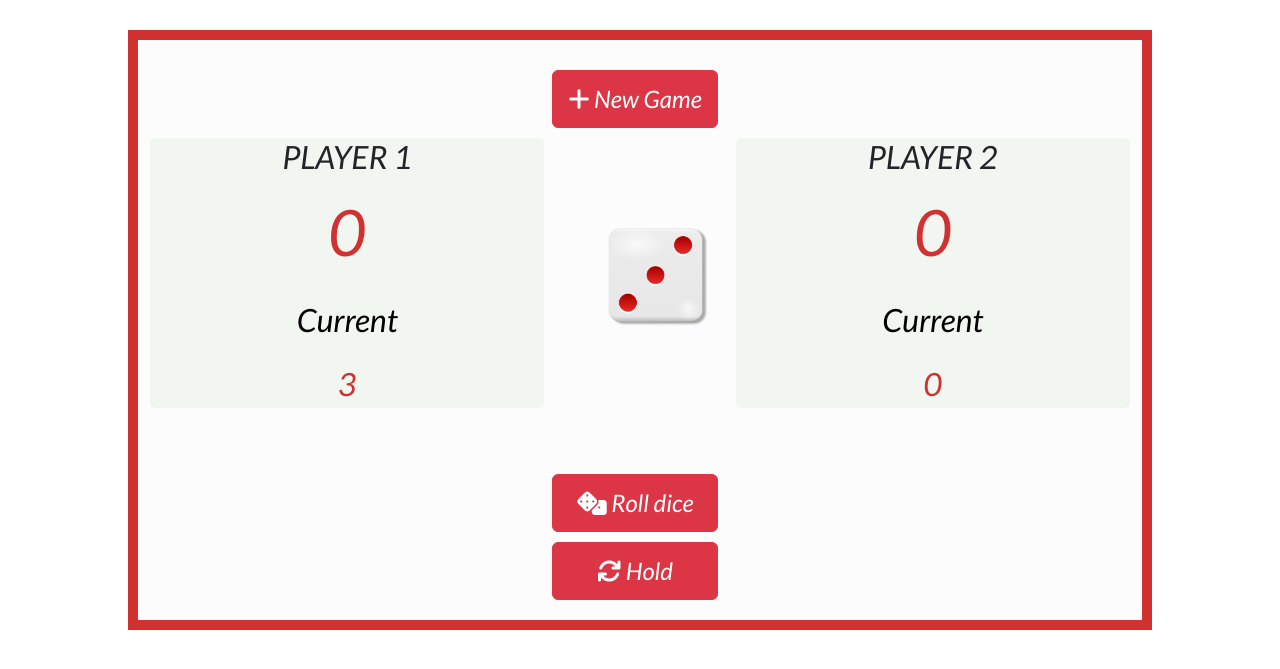
Repository: haifabilel/Eval_JAVASCRIPT
Page: index.html
The author's editor kept a copy of each file at every save. The page is drawn from the files as they stood at one save, then again after the next save.
The browser window is 1280 px wide. The pictures show the whole page.
After loading, the first visible `button.btn_roll` was clicked once.
Some web libraries are served in a nearby version.

Above is the page before, as saved 2023-06-03 20:52:45.

### index.html
<!DOCTYPE html>
<html lang="fr">
<head>
    <meta charset="UTF-8">
    <meta http-equiv="X-UA-Compatible" content="IE=edge">
    <meta name="viewport" content="width=device-width, initial-scale=1.0">
    <title>GameEval</title>
    <!-- Bootstrap -->
    <link href="https://cdn.jsdelivr.net/npm/bootstrap@5.3.0-alpha3/dist/css/bootstrap.min.css" rel="stylesheet" integrity="sha384-KK94CHFLLe+nY2dmCWGMq91rCGa5gtU4mk92HdvYe+M/SXH301p5ILy+dN9+nJOZ" crossorigin="anonymous">
    <!-- Bootstrap icons CSS -->
    <link rel="stylesheet" href="https://cdn.jsdelivr.net/npm/bootstrap-icons@1.6.1/font/bootstrap-icons.css">
    <!-- font awesome cdn link-->
    <link rel="stylesheet" href="https://cdnjs.cloudflare.com/ajax/libs/font-awesome/6.3.0/css/all.min.css" integrity="sha512-SzlrxWUlpfuzQ+pcUCosxcglQRNAq/DZjVsC0lE40xsADsfeQoEypE+enwcOiGjk/bSuGGKHEyjSoQ1zVisanQ==" crossorigin="anonymous" referrerpolicy="no-referrer">
    <!-- CSS Link -->
    <link rel="stylesheet" href="style.css">
</head>
<body>
    <div class="container-fluid" >
     <header>
         <button class="btn btn_newGame btn-danger"><i class="fa-solid fa-plus"></i> New Game</button>
    </header>
    <main>
        <div class="row">
            <!-- Player One  -->
            <div class="col-sm-5 mx-auto ">
                <section class="player player_0 player_active">
                    <h2 class="label" id="label_0">PLAYER 1</h2>
                    <p class="score" id="score_0" >0</p>
                    <div class="current">
                        <p class="current_label">Current</p>
                        <p class="current_score" id="current_0">0</p>
                    </div>
                </section>
            </div>
            <!-- Dice image -->
            <div class="col-sm-2 mx-auto">
                <img src="/asset/dice1.png" alt="imageDice" class="dice" style="width: 100px;">
            </div>
             <!-- Player Tow  -->
             <div class="col-sm-5 mx-auto">
                <section class="player player_1">
                    <h2 class="label" id="label_1">PLAYER 2</h2>
                    <p class="score" id="score_1">0</p>
                    <div class="current">
                        <p class="current_label">Current</p>
                        <p class="current_score" id="current_1">0</p>
                    </div>
                </section>
             </div>
        </div>
    </main>
    <!-- Button RollDice -->
    <div class="button_roll">
        <button class="btn btn_roll btn-danger"><i class="fa-solid fa-dice"></i> Roll dice</button>
    </div>
    <div class="button_hold">
        <button class="btn btn_hold btn-danger"><i class="fa-solid fa-arrows-rotate"></i> Hold</button>
    </div>
    </div>


    <script src="https://code.jquery.com/jquery-3.5.1.slim.min.js" integrity="sha384-DfXdz2htPH0lsSSs5nCTpuj/zy4C+OGpamoFVy38MVBnE+IbbVYUew+OrCXaRkfj" crossorigin="anonymous"></script>
    <script src="https://cdn.jsdelivr.net/npm/popper.js@1.16.0/dist/umd/popper.min.js" integrity="sha384-Q6E9RHvbIyZFJoft+2mJbHaEWldlvI9IOYy5n3zV9zzTtmI3UksdQRVvoxMfooAo" crossorigin="anonymous"></script>
    <script src="https://cdn.jsdelivr.net/npm/bootstrap@5.3.0-alpha3/dist/js/bootstrap.bundle.min.js" integrity="sha384-ENjdO4Dr2bkBIFxQpeoTz1HIcje39Wm4jDKdf19U8gI4ddQ3GYNS7NTKfAdVQSZe" crossorigin="anonymous"></script>
    <script src="script.js"></script>
</body>
</html>

### style.css
@import url('https://fonts.googleapis.com/css2?family=Lato:ital,wght@1,300;1,400;1,700&display=swap');
*{
    font-family: Lato;
}
.container-fluid{
    box-shadow:0.5rem 1 rem rgba(0,0,0,.5);
    background-color: #fdfcfc;
    width:80%;
    height: 600px;
    border: 10px solid  #d13131;
    margin-top: 30px;
}
.row{
    margin-top:80px;
}
/* Playerss */
.player_0 , .player_1{
    background-color:#f1f7f0;
    text-align:center;
    border-radius:5px;
    margin-top:-70px;
}
/* Current */
.current{

    width:30%;
    font-size:1.5rem;
    border-radius:5%;
    text-align:center;
    margin-left :35%;
    color:black;
    font-size:2rem;
}
/* Scors */
.score{
    color:#d13131;
    font-size:4rem;
}
.current_score{
    color:#d13131;
    font-size:2rem;
}
/* Buttons */
.btn_roll{
    margin-left:41%;
    margin-top:50px;
    width:17%;
    font-size:1.5rem;
    padding:10px;

}
.btn_hold{
    padding:10px;
    margin-left:41%;
    margin-top:10px;
    width:17%;
    font-size:1.5rem;

}
.btn_newGame{
    margin-top:30px;
    padding: 10px;
    margin-left:41%;
    width:17%;
    font-size:1.5rem;
}
/* Image Dice */
img{
    margin:20px 40px;
}
.hidden{
    display:none;
}
.player_winn{
    background:url(/asset/golden-winners-cup_1284-18399.avif);
    background-size: cover;
    background-position:center;


}
.player_winn1{
    background-color:yellowgreen;
}

### script.js
//Players
const playerOne = document.getElementById('player_0');
const playerTow = document.getElementById('player_1');
//Score
const score0 = document.getElementById('score_0');
const score1 = document.getElementById('score_1');
//Dice
const dice = document.querySelector('.dice');
//buttons
const buttonRoll = document.querySelector('.btn_roll');
const buttonHold = document.querySelector('.btn_hold');
const buttonNewGame = document.querySelector('.btn_newGame');
//Current
const current0 = document.getElementById('current_0');
const current1 = document.getElementById('current_1');

score0.textContent = 0 ;
score1.textContent = 0 ;
dice.classList.add("hidden");

let scores = [0 , 0]
let activePlayer = 0 ;
let currentScore = 0 ;

const switchPlayer = function(){
    document.getElementById(`current_${activePlayer}`).textContent = 0;
    activePlayer = activePlayer === 0 ? 1 : 0;
    currentScore = 0;
    playerOne.classList.toggle("player_active");
    playerTow.classList.toggle("player_active");
}
//buttonRoll
buttonRoll.addEventListener("click", function() {
    dice.classList.remove("hidden");


    //Generate number 1 to 6
    const diceRandom = Math.floor(Math.random() * 6) + 1;
    dice.src =`/asset/dice${diceRandom}.png`

//   Sound game
const audio = new Audio('/asset/programmation-web_de-2_asset_son.mp3');

const lanseSon = function() {
    audio.play()
}
audio.addEventListener('canplaythrough', lanseSon);

//Rolled
if(diceRandom !==1){
    currentScore += diceRandom;
    document.getElementById(`current_${activePlayer}`).textContent = currentScore;

}else{
    //Switch Player
    switchPlayer();
}
});
//ButtonHold
buttonHold.addEventListener('click',function(){
    scores[activePlayer] += currentScore;
    document.getElementById(`score_${activePlayer}`).textContent = scores[activePlayer];

    if(scores[activePlayer] >=100){
        document.querySelector(`.player_${activePlayer}`).classList.add('player_winn');
        const audio = new Audio('/asset/tadaa-47995.mp3');

        const lanseSon1 = function() {
            audio.play()
        }
        audio.addEventListener('canplaythrough', lanseSon1);


    }else{
        switchPlayer();
    }
});
//  Button NewGame
buttonNewGame.addEventListener ('click',function(){
    document.location.reload()
 })

After the next save:
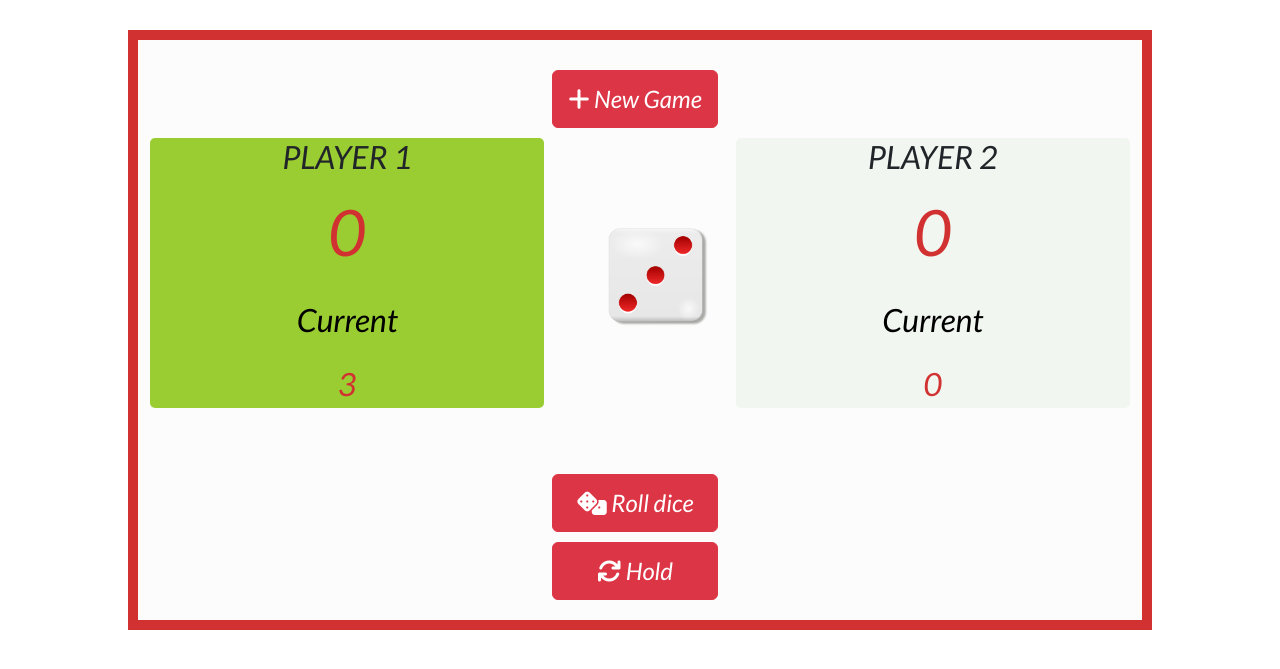
Saved 10 s later.
--- a/script.js
+++ b/script.js
@@ -50,6 +50,7 @@ audio.addEventListener('canplaythrough', lanseSon);
 if(diceRandom !==1){
     currentScore += diceRandom;
     document.getElementById(`current_${activePlayer}`).textContent = currentScore;
+    document.querySelector(`.player_${activePlayer}`).classList.add('player_winn1');
 
 }else{
     //Switch Player
